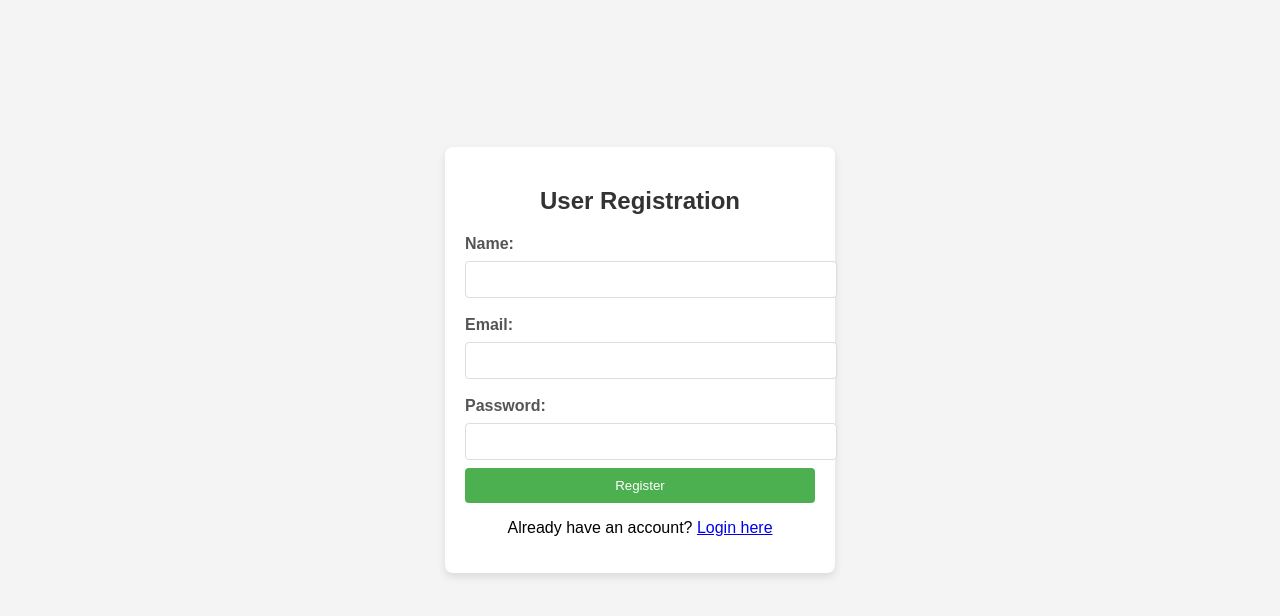
Repository: Srmaraghu/Advanced-Java
Page: Form Handling/src/main/webapp/register.html
An editor plug-in stored every save of this project. The page is shown before and after the next save, followed by the edit.
The browser window is 1280 px wide. The pictures show the whole page.

Above is the page before, as saved 2025-01-25 14:33:44.

After the next save:
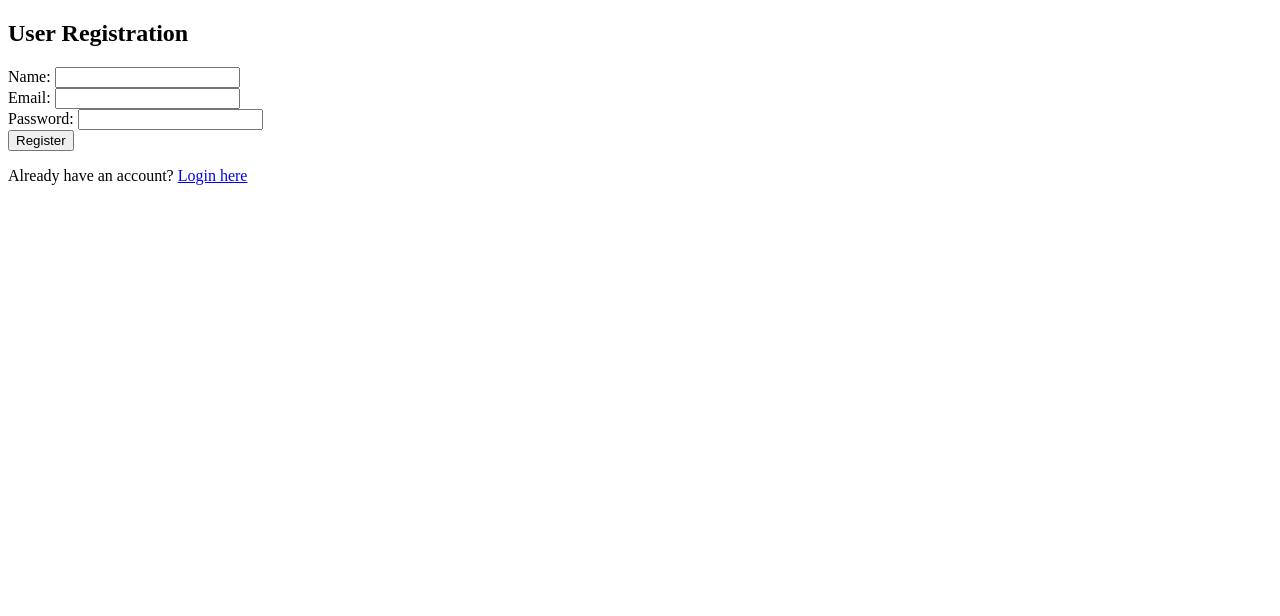
Saved 28 s later.
--- a/Form Handling/src/main/webapp/register.html
+++ b/Form Handling/src/main/webapp/register.html
@@ -4,64 +4,6 @@
     <meta charset="UTF-8">
     <meta name="viewport" content="width=device-width, initial-scale=1.0">
     <title>User Registration</title>
-    <style>
-        body {
-            font-family: Arial, sans-serif;
-            background-color: #f4f4f4;
-            display: flex;
-            justify-content: center;
-            align-items: center;
-            height: 100vh;
-            margin: 0;
-        }
-
-        .container {
-            background-color: white;
-            padding: 20px;
-            border-radius: 8px;
-            box-shadow: 0 4px 8px rgba(0, 0, 0, 0.1);
-            width: 350px;
-        }
-
-        h2 {
-            text-align: center;
-            color: #333;
-        }
-
-        label {
-            font-weight: bold;
-            margin-top: 10px;
-            display: block;
-            color: #555;
-        }
-
-        input[type="text"], input[type="email"], input[type="password"] {
-            width: 100%;
-            padding: 10px;
-            margin: 8px 0;
-            border: 1px solid #ddd;
-            border-radius: 4px;
-        }
-
-        button {
-            width: 100%;
-            padding: 10px;
-            background-color: #4CAF50;
-            color: white;
-            border: none;
-            border-radius: 4px;
-            cursor: pointer;
-        }
-
-        button:hover {
-            background-color: #45a049;
-        }
-
-        .form-footer {
-            text-align: center;
-            margin-top: 10px;
-        }
-    </style>
 </head>
 <body>
 
